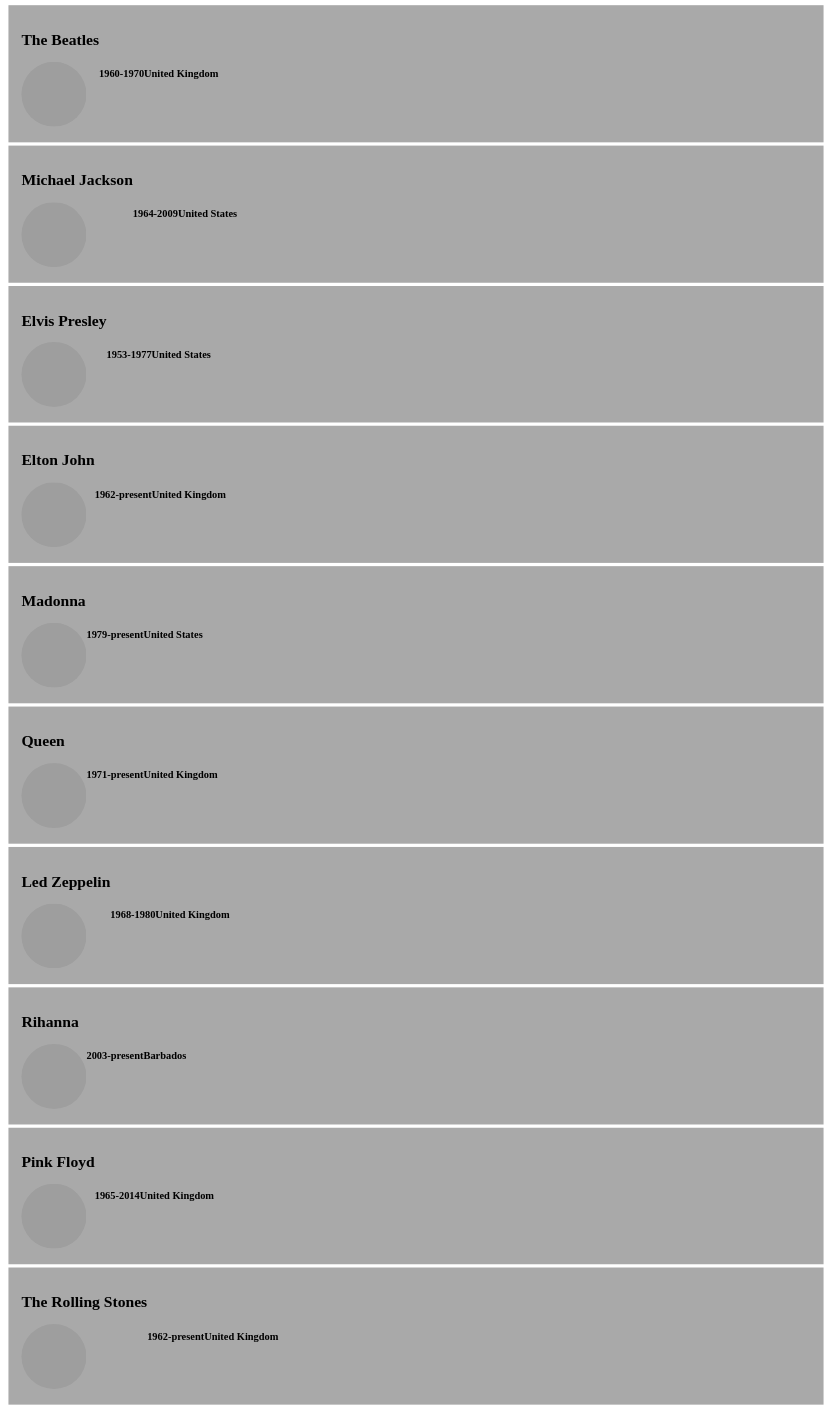
Repository: MelissaJacobi/Frontend-lab-2
Page: /
The author's editor kept a copy of each file at every save. The page is drawn from the files as they stood at one save, then again after the next save.
The browser window is 1280 px wide. The pictures show the whole page, at 65% of full size.
Pictures or frames that could not be fetched are drawn as grey boxes. The project was rebuilt for these pictures with package versions that can differ from the ones it lists, and the page was loaded fresh each time. Also part of the build but not shown: vite.config.js.

Above is the page before, as saved 2024-09-19 13:57:37.

### src/App.jsx
import { artists } from './best-selling-music-artists';
import ArtistDetails from './components/ArtistDetails';

function App() {

  const artistStats = artists.map(artist => <ArtistDetails key={artist.name} artistName={artist.name} artistURL={artist.photo_url} artistActive={artist.years_active} artistCountry={artist.country}/>)

  return (
    <div className="app">

        {/* {artists.map((artist) => (
          <div className="artist_li">
            <div key={artist.name} className="artist">
              <img src={artist.photo_url} alt={artist.name} className="photo" />
              <h2>{artist.name}</h2>
              <div>
                <ArtistDetails />
              </div>
            </div>
          </div>
        ))} */}

      {artistStats}
    </div>
  );
}

export default App;

### src/index.css
.artist {

}

.photo {
    width: 100px;
    height: 100px;
    object-fit: cover;
    border-radius: 50%;
}

.artist_li {
    background-color: rgb(169, 169, 169);
    margin: 5px;
    padding: 20px;
    display: flex;
    align-items: center;
}

### src/best-selling-music-artists.js
export const artists = [
    {
        name: 'The Beatles',
        photo_url: "https://upload.wikimedia.org/wikipedia/commons/9/9f/Beatles_ad_1965_just_the_beatles_crop.jpg",
        country: "United Kingdom",
        years_active: "1960-1970",
    },
    {
        name: 'Michael Jackson',
        photo_url: "https://upload.wikimedia.org/wikipedia/commons/8/83/Michael_Jackson_Dangerous_World_Tour_1993_cropped.png",
        country: "United States",
        years_active: "1964-2009",
    },
    {
        name: 'Elvis Presley',
        photo_url: "https://upload.wikimedia.org/wikipedia/commons/1/16/Elvis_Presley_1973_RCA_Records_and_Tapes_publicity_2_-_cropped.png",
        country: "United States",
        years_active: "1953-1977",
    },
    {
        name: 'Elton John',
        photo_url: "https://upload.wikimedia.org/wikipedia/commons/7/74/Elton_John_1980.png",
        country: "United Kingdom",
        years_active: "1962-present",
    },
    {
        name: 'Madonna',
        photo_url: "https://upload.wikimedia.org/wikipedia/commons/4/47/Madonna_II_A_1_%28cropped%29.jpg",
        country: "United States",
        years_active: "1979-present",
    },
    {
        name: 'Queen',
        photo_url: "https://upload.wikimedia.org/wikipedia/commons/a/ac/FreddieMercuryNov1977.jpg",
        country: "United Kingdom",
        years_active: "1971-present",
    },
    {
        name: 'Led Zeppelin',
        photo_url: "https://upload.wikimedia.org/wikipedia/commons/c/cc/Robert_Plant_at_the_Palace_Theatre%2C_Manchester.jpg",
        country: "United Kingdom",
        years_active: "1968-1980",
    },
    {
        name: 'Rihanna',
        photo_url: "https://upload.wikimedia.org/wikipedia/commons/b/b3/Rihanna_concert_in_Washington_DC_%28cropped%29.jpg",
        country: "Barbados",
        years_active: "2003-present",
    },
    {
        name: 'Pink Floyd',
        photo_url: "https://upload.wikimedia.org/wikipedia/commons/f/f2/David_Gilmour_Argentina_2015_%28cropped%29.jpg",
        country: "United Kingdom",
        years_active: "1965-2014",
    },
    {
        name: 'The Rolling Stones',
        photo_url: "https://upload.wikimedia.org/wikipedia/commons/0/06/Keith_Richards%2C_Mick_Jagger_performing_with_Rolling_Stones_at_Prudential_Center_2012-12-13.jpg",
        country: "United Kingdom",
        years_active: "1962-present",
    },
];

### src/components/ArtistDetails.jsx
function ArtistDetails(props) {

    const { artistName, artistURL, artistActive, artistCountry } = props;

  return (
    <div className="app">
        <div className="artist_li">
            <div>
               <h2>{artistName}</h2>
                <img src={artistURL} alt={artistName} className="photo" />
            </div>
            <h4>{artistActive}</h4>
            <h4>{artistCountry}</h4>
        </div>

    </div>
  );
}

export default ArtistDetails;

Loaded but not shown: index.html (common file); src/main.jsx (common file)

After the next save:
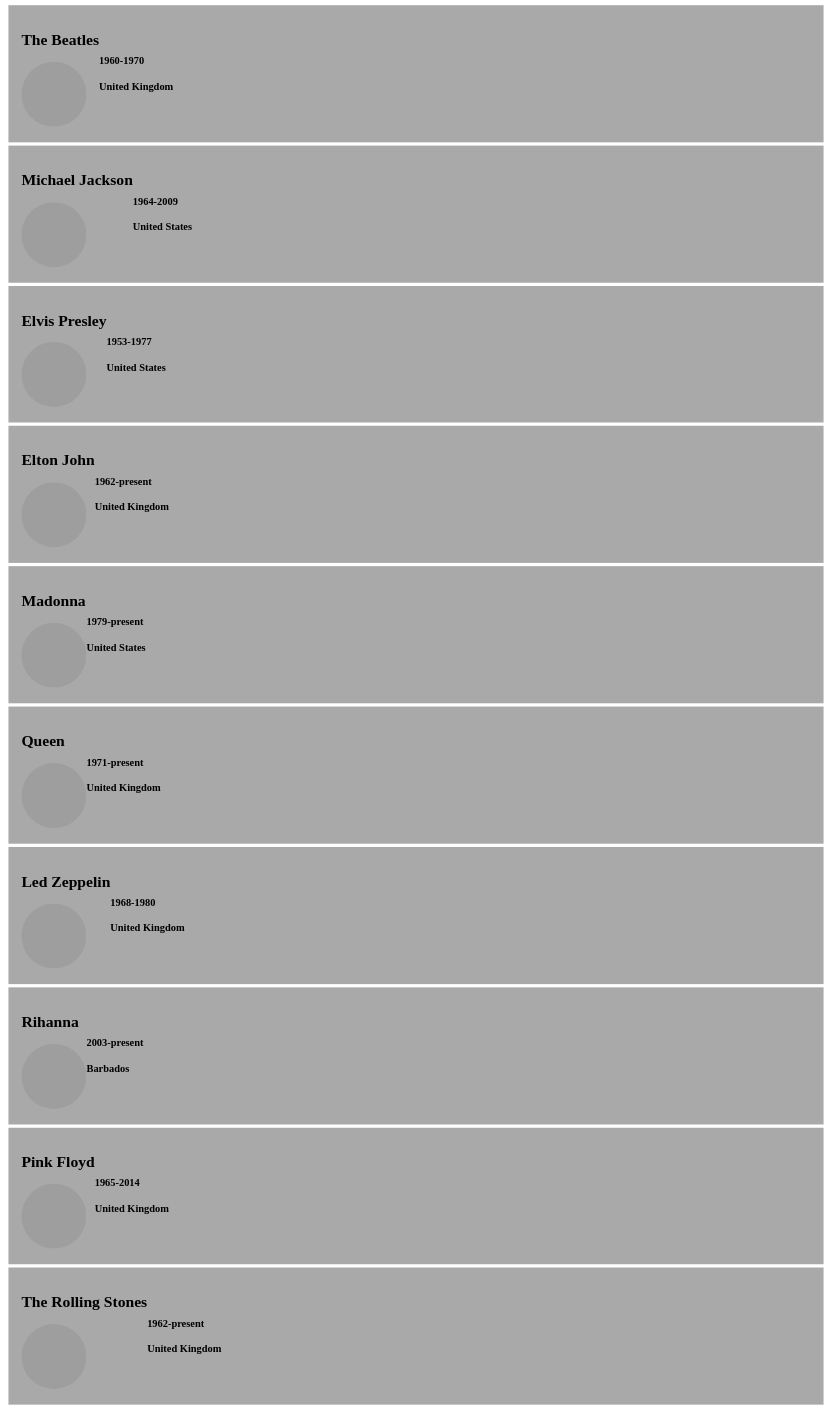
Saved 10 s later.
--- a/src/components/ArtistDetails.jsx
+++ b/src/components/ArtistDetails.jsx
@@ -9,8 +9,10 @@
                <h2>{artistName}</h2>
                 <img src={artistURL} alt={artistName} className="photo" />
             </div>
-            <h4>{artistActive}</h4>
+            <div>
+              <h4>{artistActive}</h4>
             <h4>{artistCountry}</h4>
+            </div>
         </div>
 
     </div>
